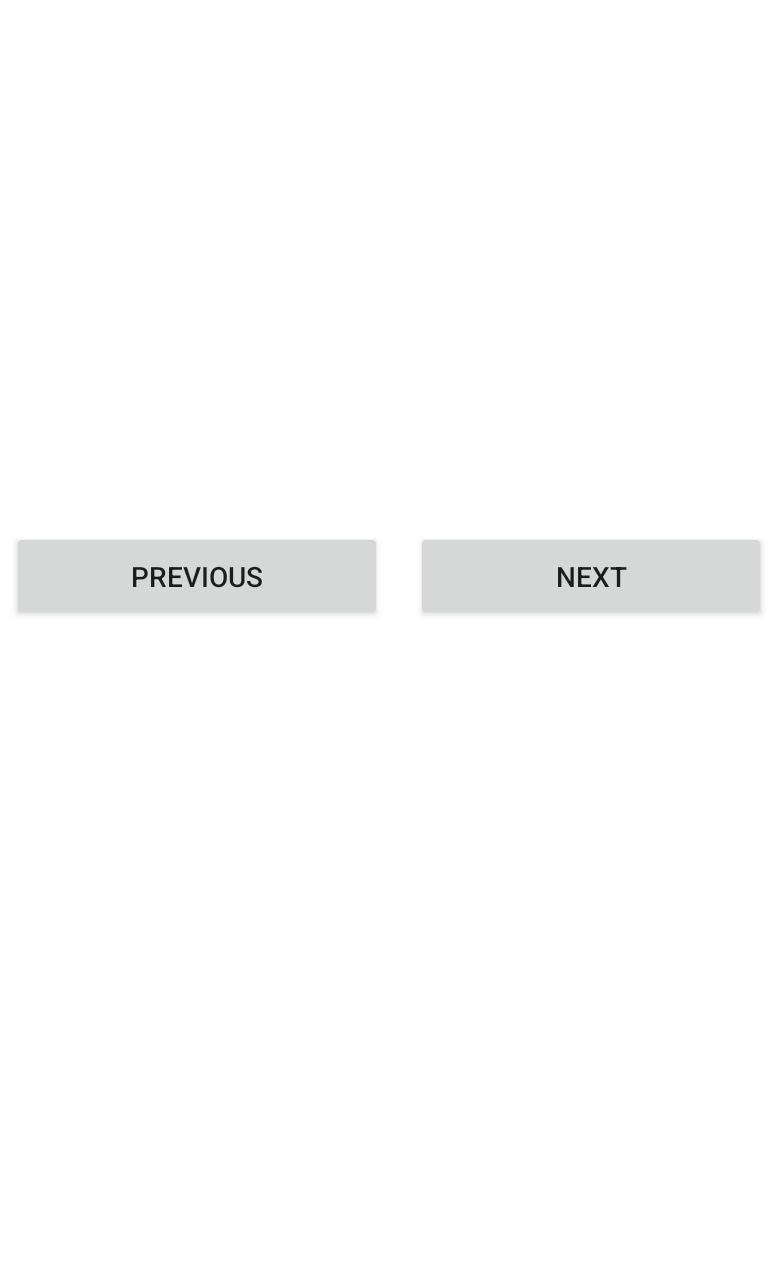
Repository: Warun26/PropertySearch
Layout: PropertySearch/res/layout/historical_zestimates_tab.xml
These files come from the project's save history. The layout is drawn as it stood at one moment and after the next save; the edit follows.
It is drawn on a 768 x 1280 px phone screen (xhdpi) without system bars, with theme AppTheme; the app's code is not run. The app's manifest (not shown) leaves right-to-left support off. So textAlignment, textDirection and layoutDirection are ignored, and left and right values win over start and end ones.

Above is the layout before, as saved 2014-11-23 05:14:01.

### PropertySearch/res/layout/historical_zestimates_tab.xml
<?xml version="1.0" encoding="utf-8"?>
<LinearLayout xmlns:android="http://schemas.android.com/apk/res/android"
    android:id="@+id/tab2"
    android:layout_width="fill_parent"
    android:layout_height="fill_parent"
    android:orientation="vertical"
    android:background="#fff">

    <TextSwitcher
        android:id="@+id/chartYear"
        android:layout_width="fill_parent"
        android:layout_height="wrap_content"
        android:background="#fff"
        android:padding="5dp"
        android:textSize = "16sp"
        android:textStyle="bold"
        android:layout_marginTop="10dp"
        android:layout_marginBottom="5dp" />


    <TextView
	     android:id="@+id/address"
	     android:layout_width="wrap_content"
	     android:layout_height="wrap_content"
	     android:padding="0dp"
	     android:textSize="14sp"
	     android:textAlignment="center"
	     android:layout_gravity="center"  >
	</TextView>

    <ImageSwitcher
      android:id="@+id/ZestimateCharts"
      android:layout_width="fill_parent"
      android:layout_height="200dp" >
    </ImageSwitcher>

    <LinearLayout
        android:id="@+id/imageNavigationButtons"
        android:layout_width="fill_parent"
        android:layout_height="wrap_content"
        android:orientation="horizontal">
	    <Button
	      	android:id="@+id/previousImageButton"
	        android:layout_width="fill_parent"
	        android:layout_height="wrap_content"
	        android:text="@string/previous"
	        android:layout_marginLeft="5dp"
	        android:layout_marginStart="5dp"
	        android:layout_marginTop="20dp"
	        android:paddingLeft="3dp"
	        android:paddingRight="3dp"
	        android:layout_weight="1" />

	    <Button
	      	android:id="@+id/nextImageButton"
	        android:layout_width="fill_parent"
	        android:layout_height="wrap_content"
	        android:text="@string/next"
	        android:layout_marginLeft="15dp"
	        android:layout_marginStart="7dp"
	        android:layout_marginTop="20dp"
	        android:paddingLeft="3dp"
	        android:paddingRight="3dp"
	        android:layout_weight="1" />
        </LinearLayout>
</LinearLayout>

### PropertySearch/res/values/strings.xml
<?xml version="1.0" encoding="utf-8"?>
<resources>

    <string name="app_name">PropertySearch</string>
    <string name="hello_world">Hello world!</string>
    <string name="action_settings">Settings</string>
    <string name="search">Search</string>
    <string name="title_activity_main">MainActivity</string>
    <string name="form_title">Search Your Property Here</string>
    <string name="street_address">Street Address</string>
    <string name="address">Address*:</string>
    <string name="city_label">City*:</string>
    <string name="city">City</string>
    <string name="state">State*:</string>
    <string name="zillow_image">Zillow Logo</string>
    <string name="error_message">This field is required.</string>
    <string name="body1">body1</string>
    <string name="body2">body2</string>
    <string name="previous">Previous</string>
    <string name="next">Next</string>
    <string name="more_details">See more details on Zillow:</string>
    <string-array name="states">
        <item>Choose State</item>
        <item>AL</item>
        <item>AK</item>
        <item>AZ</item>
        <item>AR</item>
        <item>CA</item>
        <item>CO</item>
        <item>CT</item>
        <item>DE</item>
        <item>DC</item>
        <item>FL</item>
        <item>GA</item>
        <item>HI</item>
        <item>ID</item>
        <item>IL</item>
        <item>IN</item>
        <item>IA</item>
        <item>KS</item>
        <item>KY</item>
        <item>LA</item>
        <item>ME</item>
        <item>MD</item>
        <item>MA</item>
        <item>MI</item>
        <item>MN</item>
        <item>MS</item>
        <item>MO</item>
        <item>MT</item>
        <item>NE</item>
        <item>NV</item>
        <item>NH</item>
        <item>NJ</item>
        <item>NM</item>
        <item>NY</item>
        <item>NC</item>
        <item>ND</item>
        <item>OH</item>
        <item>OK</item>
        <item>OR</item>
        <item>PA</item>
        <item>PA</item>
        <item>RI</item>
        <item>SC</item>
        <item>SD</item>
        <item>TN</item>
        <item>TX</item>
        <item>UT</item>
        <item>VT</item>
        <item>VA</item>
        <item>WA</item>
        <item>WV</item>
        <item>WI</item>
        <item>WY</item>
    </string-array>

    <string name="title_activity_display_property_details">Results from Zillow</string>

</resources>

Loaded but not shown: PropertySearch/res/values/styles.xml (common file); PropertySearch/res/values-v11/styles.xml (common file); PropertySearch/res/values-v14/styles.xml (common file)

After the next save:
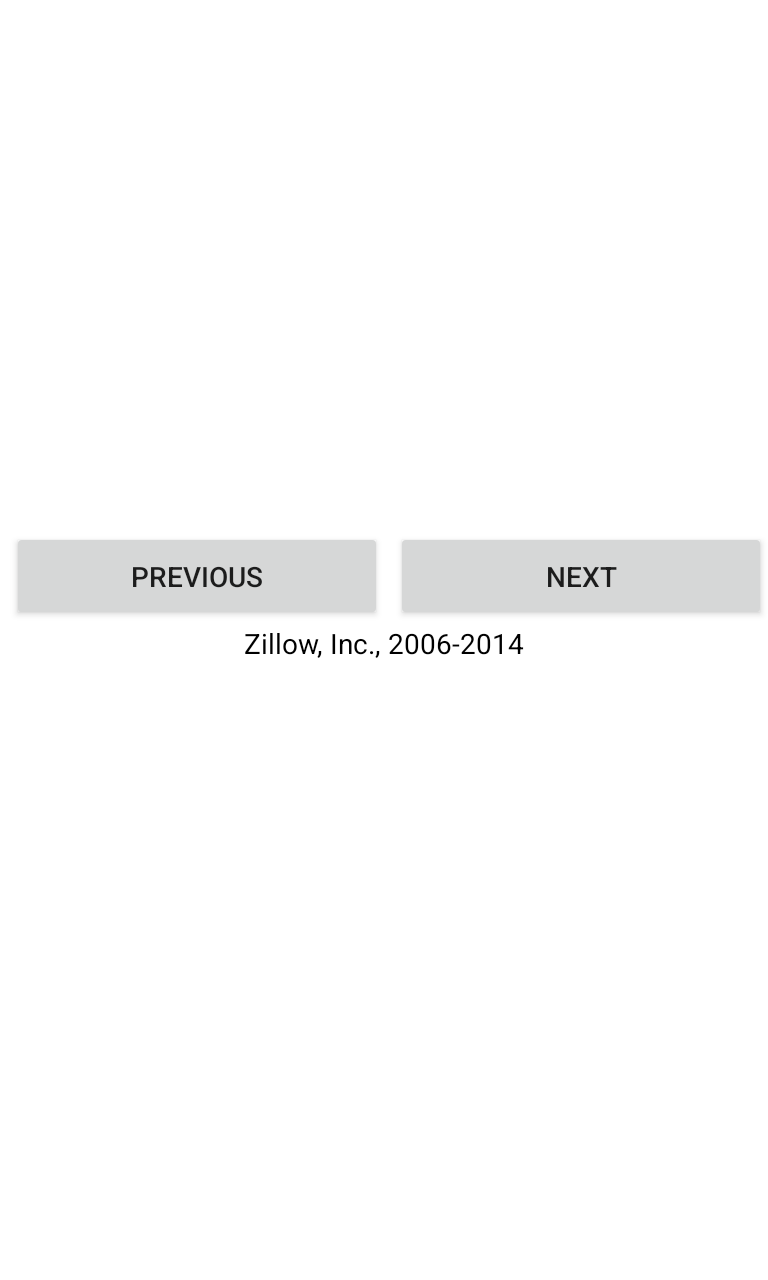
Saved 11 min 1 s later.
--- a/PropertySearch/res/layout/historical_zestimates_tab.xml
+++ b/PropertySearch/res/layout/historical_zestimates_tab.xml
@@ -56,11 +56,20 @@
 	        android:layout_width="fill_parent"
 	        android:layout_height="wrap_content"
 	        android:text="@string/next"
-	        android:layout_marginLeft="15dp"
-	        android:layout_marginStart="7dp"
+	        android:layout_marginLeft="5dp"
+	        android:layout_marginStart="5dp"
 	        android:layout_marginTop="20dp"
 	        android:paddingLeft="3dp"
 	        android:paddingRight="3dp"
 	        android:layout_weight="1" />
         </LinearLayout>
+        <TextView
+            android:layout_width="150dp"
+            android:layout_height="wrap_content"
+            android:textColorLink="#0000EE"
+            android:textColor="#000"
+            android:textAlignment="center"
+            android:gravity="center_horizontal"
+            android:layout_gravity="center_horizontal"
+            android:text="Zillow, Inc., 2006-2014"/>
 </LinearLayout>
